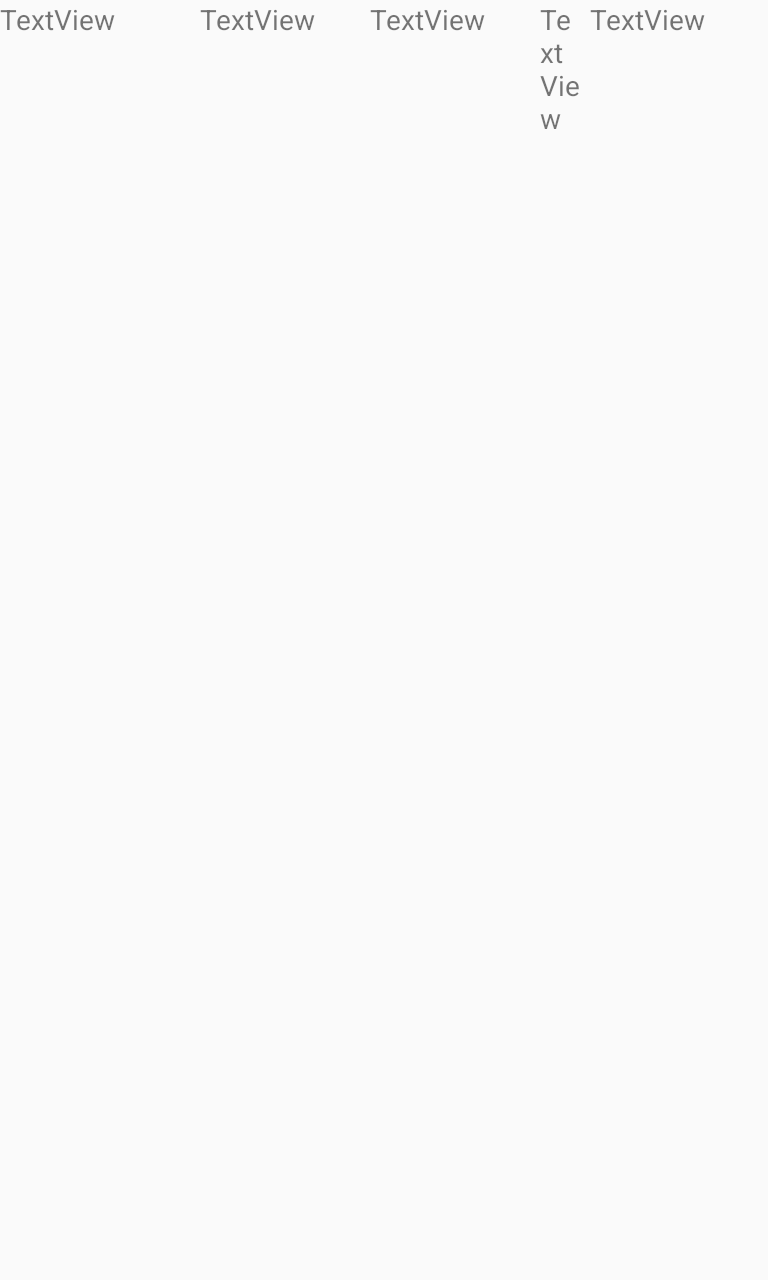
Repository: bhazenstab16/addressbookBMH
Layout: AddressBook/res/layout/item_layout.xml
These files come from the project's save history. The layout is drawn as it stood at one moment and after the next save; the edit follows.
It is drawn on a 768 x 1280 px phone screen (xhdpi) without system bars, with theme AppTheme; the app's code is not run.

Above is the layout before, as saved 2019-10-21 16:32:51.

After the next save:
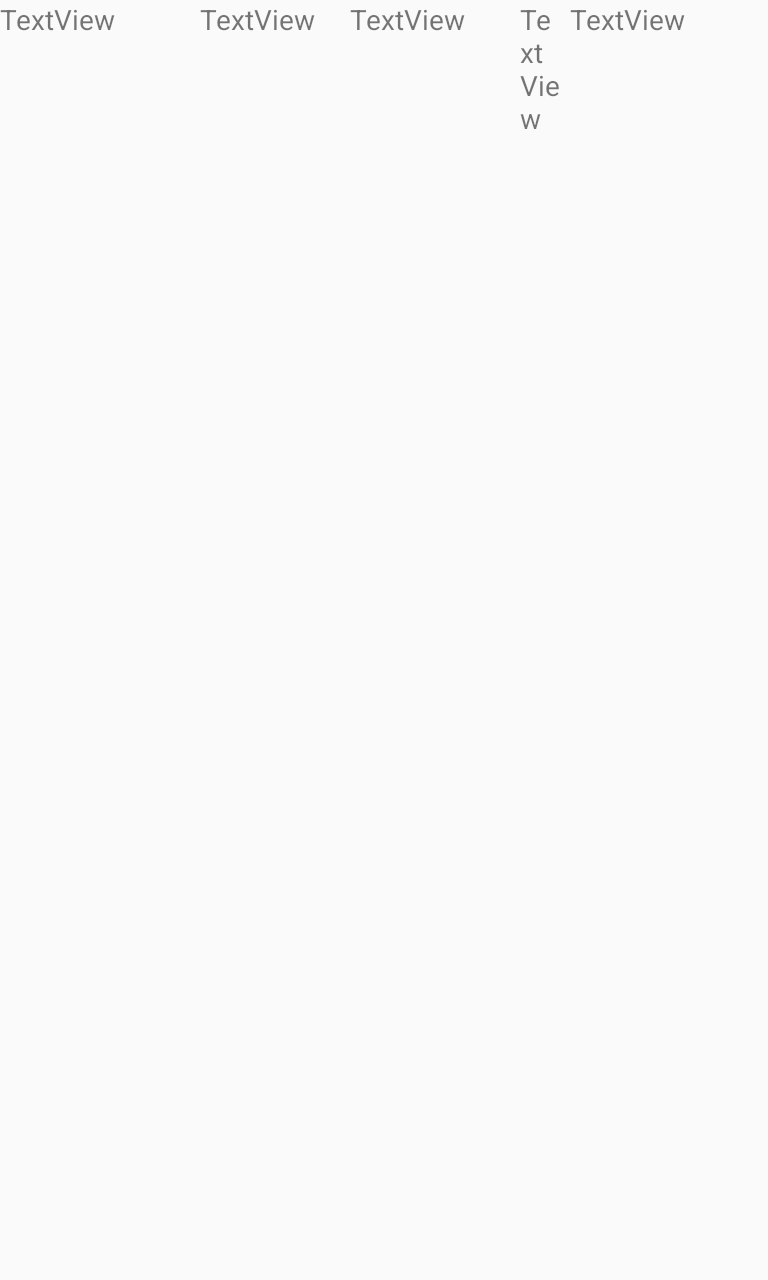
Saved 76 s later.
--- a/AddressBook/res/layout/item_layout.xml
+++ b/AddressBook/res/layout/item_layout.xml
@@ -14,7 +14,7 @@
 
     <TextView
         android:id="@+id/textViewStreetAddress"
-        android:layout_width="80dp"
+        android:layout_width="70dp"
         android:layout_height="wrap_content"
         android:layout_marginRight="5dp"
         android:ems="10"
